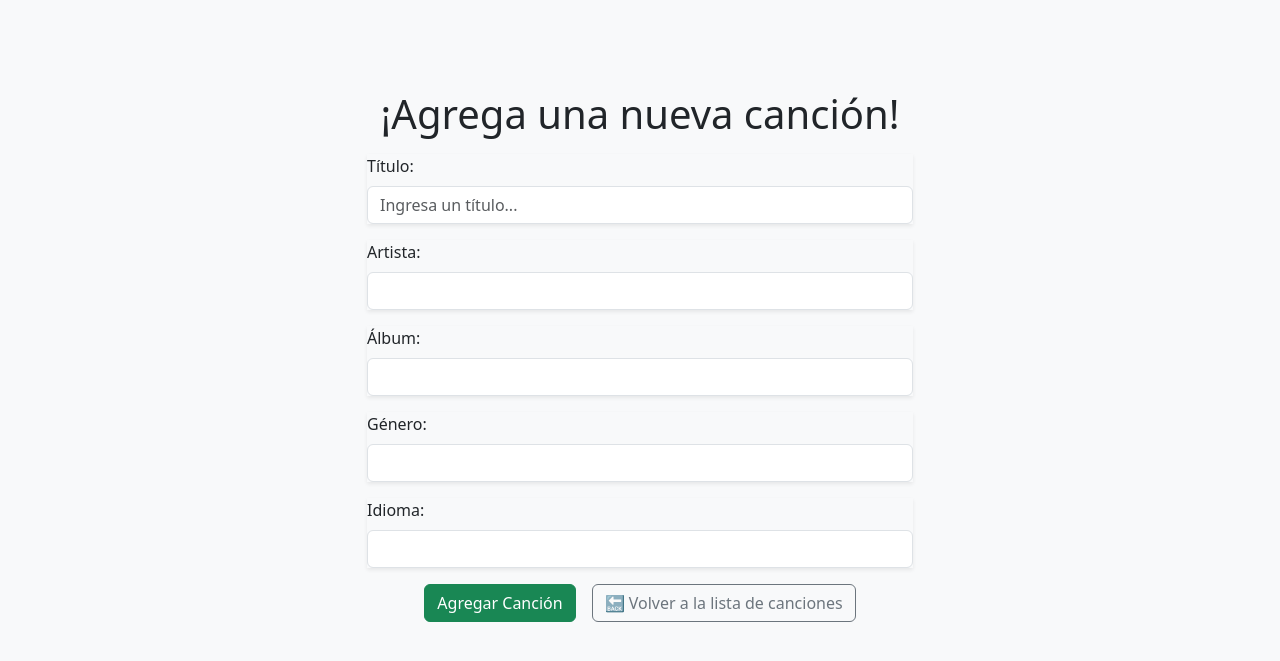
Repository: mariavanez/eliminar_canciones
Page: http://localhost/Canciones/WEB-INF/agregarCancion.jsp
These files come from the project's save history. The page is drawn as it stood at one moment and after the next save; the edit follows.
The browser window is 1280 px wide. The pictures show the whole page.
The page is served by Tomcat 9. Nobody is signed in. The template is opened directly, without the code that normally fills it, so the values that code supplies are empty.

Above is the page before, as saved 2025-02-11 18:28:09.

After the next save:
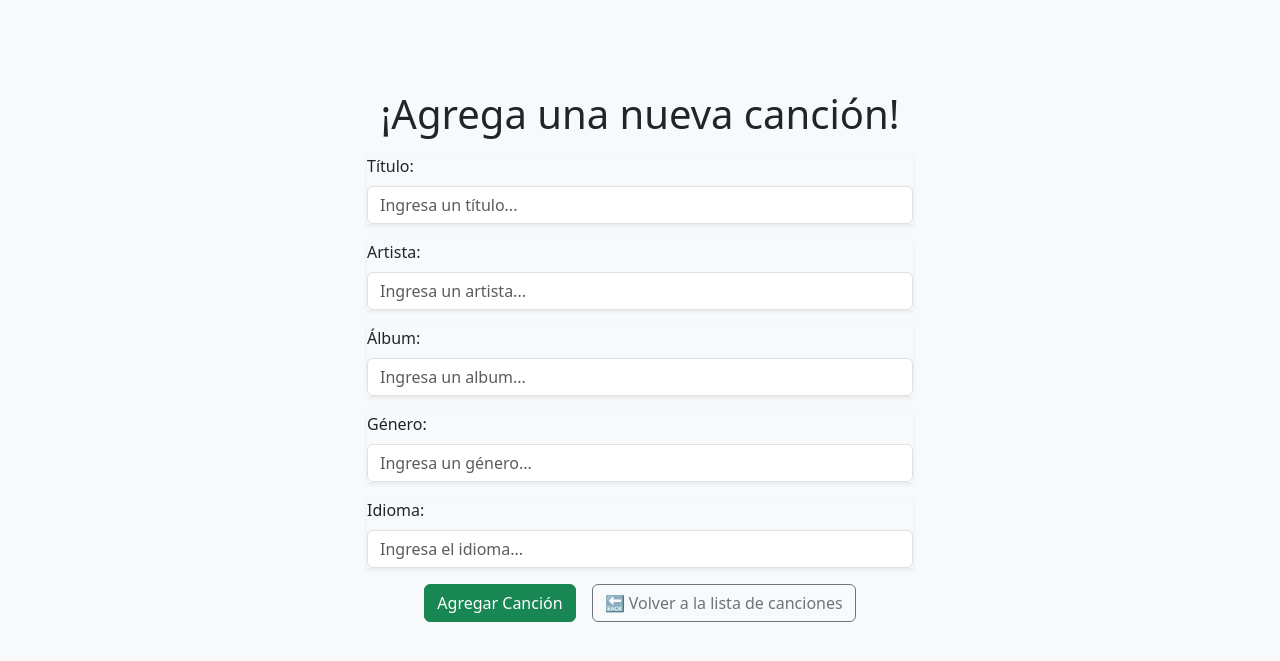
Saved 2 min 9 s later.
--- a/Canciones/src/main/webapp/WEB-INF/agregarCancion.jsp
+++ b/Canciones/src/main/webapp/WEB-INF/agregarCancion.jsp
@@ -21,23 +21,23 @@
 						<form:errors path="titulo" class="text-danger bg-light rounded p-1 d-block mt-1"></form:errors>
 					</div>
 					<div class="mb-3 shadow-sm">
-						<form:label path="artista" for="artista" class="form-label">Artista:</form:label>
-						<form:input path="artista" type="text"  class="form-control"></form:input>
+						<form:label path="artista" class="form-label">Artista:</form:label>
+						<form:input path="artista" placeholder="Ingresa un artista..." class="form-control"></form:input>
 						<form:errors path="artista" class="text-danger bg-light rounded p-1 d-block mt-1"></form:errors>
 					</div>
 					<div class="mb-3 shadow-sm">
-						<form:label path="album" for="album" class="form-label">Álbum:</form:label>
-						<form:input path="album" type="text" class="form-control"></form:input>
+						<form:label path="album" class="form-label">Álbum:</form:label>
+						<form:input path="album" placeholder="Ingresa un album..." class="form-control"></form:input>
 						<form:errors path="album" class="text-danger bg-light rounded p-1 d-block mt-1"></form:errors>
 					</div>
 					<div class="mb-3 shadow-sm">
-						<form:label path="genero" for="genero" class="form-label">Género:</form:label>
-						<form:input path="genero" type="text" class="form-control"></form:input>
+						<form:label path="genero" class="form-label">Género:</form:label>
+						<form:input path="genero" placeholder="Ingresa un género..." class="form-control"></form:input>
 						<form:errors path="genero" class="text-danger bg-light rounded p-1 d-block mt-1"></form:errors>
 					</div>
 					<div class="mb-3 shadow-sm">
-						<form:label path="idioma" for="idioma" class="form-label">Idioma:</form:label>
-						<form:input path="idioma" type="text" class="form-control"></form:input>
+						<form:label path="idioma"  class="form-label">Idioma:</form:label>
+						<form:input path="idioma" placeholder="Ingresa el idioma..."  class="form-control"></form:input>
 						<form:errors path="idioma" class="text-danger bg-light rounded p-1 d-block mt-1"></form:errors>
 					</div>
 					<div class="d-flex justify-content-center align-items-center gap-3 mb-2">
